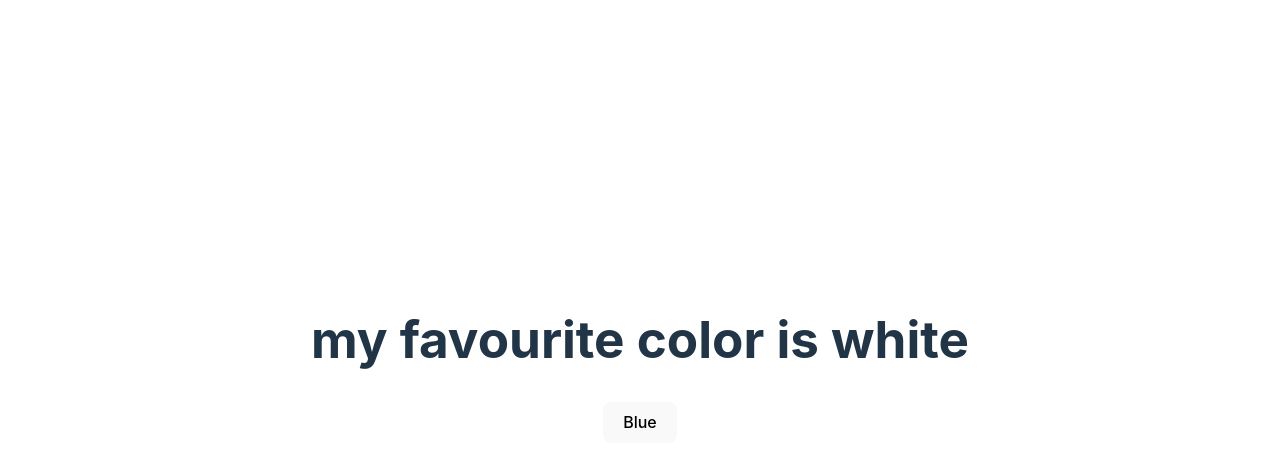
Repository: wakoya-tech/react-project
Page: / (app in Hooks/)
An editor plug-in stored every save of this project. The page is shown before and after the next save, followed by the edit.
The browser window is 1280 px wide. The pictures show the whole page.
The project was rebuilt for these pictures with package versions that can differ from the ones it lists, and the page was loaded fresh each time. Also part of the build but not shown: Hooks/vite.config.js.

Above is the page before, as saved 2025-10-14 22:12:44.

### Hooks/src/App.jsx
import { useState } from 'react'
import './App.css'

function App() {
  const [color,setColor]=useState("white");

function handleColor(e){

  setColor("Red")
}
return(
  <>
  <h1>my favourite color is {color} </h1>

  <button onClick={handleColor}>Blue</button>

  </>
)
}

export default App

### Hooks/src/index.css
:root {
  font-family: Inter, system-ui, Avenir, Helvetica, Arial, sans-serif;
  line-height: 1.5;
  font-weight: 200;

  color-scheme: light dark;
  color: black;
  background-color: white;

  font-synthesis: none;
  text-rendering: optimizeLegibility;
  -webkit-font-smoothing: antialiased;
  -moz-osx-font-smoothing: grayscale;
  -webkit-text-size-adjust: 100%;
}

a {
  font-weight: 500;
  color: #646cff;
  text-decoration: inherit;
}
a:hover {
  color: #535bf2;
}

body {
  margin: 0;
  display: flex;
  place-items: center;
  min-width: 120px;
  min-height: 100vh;
}

h1 {
  font-size: 3.2em;
  line-height: 1.1;
}

button {
  border-radius: 8px;
  border: 1px solid transparent;
  padding: 0.6em 1.2em;
  font-size: 1em;
  font-weight: 500;
  font-family: inherit;
  background-color: #1a1a1a;
  cursor: pointer;
  transition: border-color 0.25s;
}
button:hover {
  border-color: #646cff;
}
button:focus,
button:focus-visible {
  outline: 4px auto -webkit-focus-ring-color;
}

@media (prefers-color-scheme: light) {
  :root {
    color: #213547;
    background-color: #ffffff;
  }
  a:hover {
    color: #747bff;
  }
  button {
    background-color: #f9f9f9;
  }
}

Loaded but not shown: Hooks/index.html (common file); Hooks/src/main.jsx (common file); Hooks/src/App.css (common file)

After the next save:
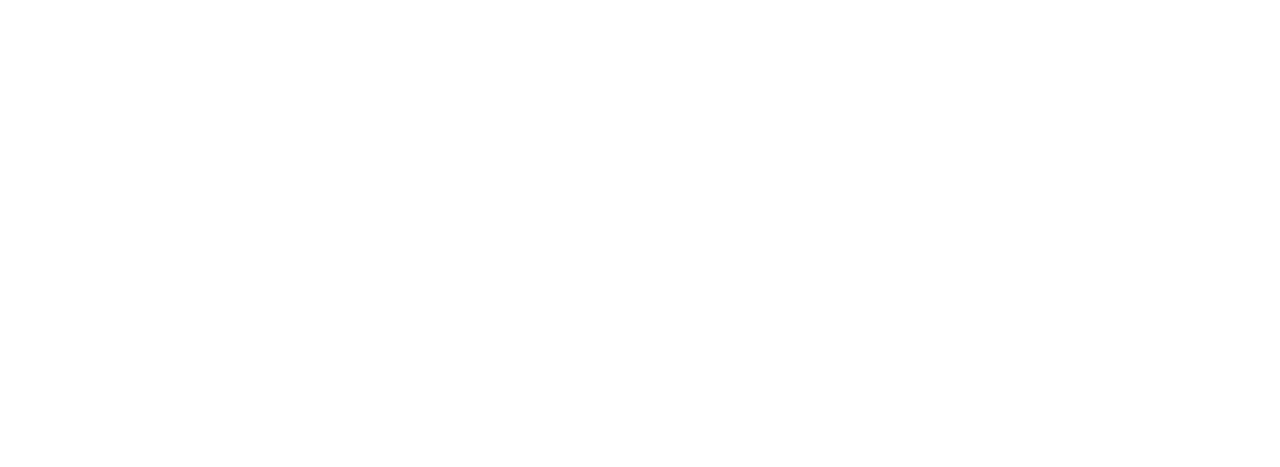
Console error: ReferenceError: o is not defined
Saved 6 min 31 s later.
--- a/Hooks/src/App.jsx
+++ b/Hooks/src/App.jsx
@@ -2,17 +2,20 @@
 import './App.css'
 
 function App() {
-  const [color,setColor]=useState("white");
+  const [count,setCount]=useState(o);
+ function Add(){
+setCount(count+1)
+ }
+ function sub(){
+  setCount(count-1);
+ }
 
-function handleColor(e){
-
-  setColor("Red")
-}
 return(
   <>
   <h1>my favourite color is {color} </h1>
 
-  <button onClick={handleColor}>Blue</button>
+  <button onClick={Add}>Add</button>
+  <button onClick={sub}>Sub</button>
 
   </>
 )

After the 2 saves that followed:
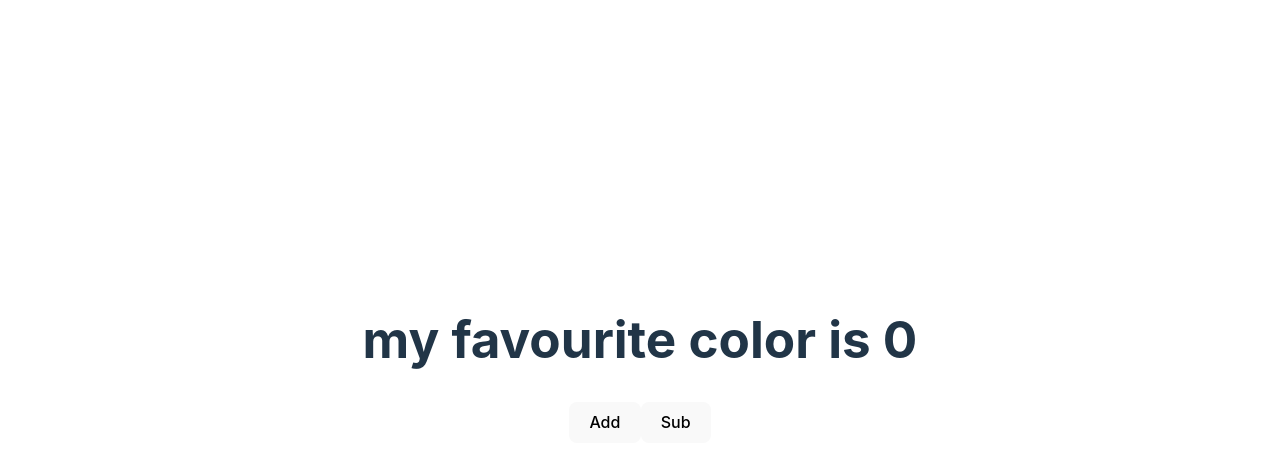
The error is gone.
The 2 saves are shown as one change because 1 left the picture as it was.
The last was saved 76 s later.
--- a/Hooks/src/App.jsx
+++ b/Hooks/src/App.jsx
@@ -2,7 +2,7 @@
 import './App.css'
 
 function App() {
-  const [count,setCount]=useState(o);
+  const [count,setCount]=useState(0);
  function Add(){
 setCount(count+1)
  }
@@ -12,7 +12,7 @@
 
 return(
   <>
-  <h1>my favourite color is {color} </h1>
+  <h1>my favourite color is {count} </h1>
 
   <button onClick={Add}>Add</button>
   <button onClick={sub}>Sub</button>
